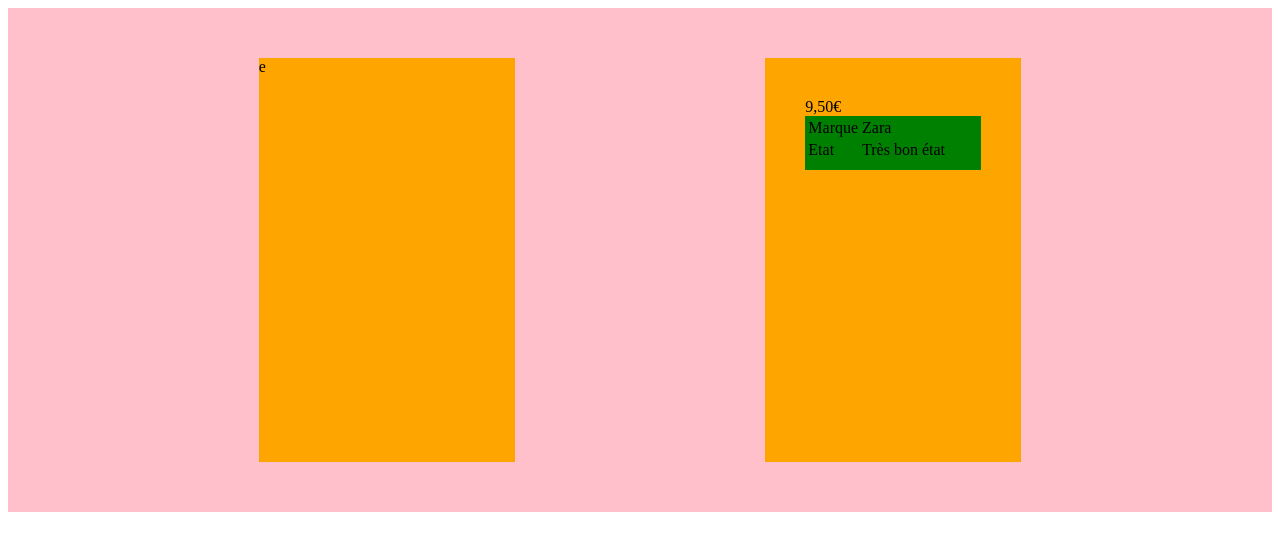
Repository: mel-in-a/vinted-front-clone
Page: html/offer.html
An editor plug-in stored every save of this project. The page is shown before and after a run of saves, followed by the edit.
The browser window is 1280 px wide. The pictures show the whole page.

Above is the page before, as saved 2021-07-29 16:28:18.

### html/offer.html
<!DOCTYPE html>
<html lang="en">
<head>
    <meta charset="UTF-8">
    <meta http-equiv="X-UA-Compatible" content="IE=edge">
    <meta name="viewport" content="width=device-width, initial-scale=1.0">
    <link rel="stylesheet" href="/offer.css">
    <title>Document</title>
</head>
<body>
    <div class="container-fluid">
        <div class="container-fluid">
            <div class="left">e</div>
            <div class="right">
                <div class="price">9,50€</div>
                <div class="horizontal">
                   <table>
                       <tr>
                           <td>Marque</td>
                           <td>Zara</td>
                       </tr>
                       <tr>
                        <td>Etat</td>
                        <td>Très bon état</td>
                    </tr>
                    <tr>
                        <td></td>
                        <td></td>
                    </tr>
                    <tr>
                        <td></td>
                        <td></td>
                    </tr>
                   </table>
                </div>
            </div>
          </div>
    </div>
</body>
</html>

### html/offer.css
.container-fluid {
    width: 100%;
    display: flex;
    background-color:pink;
    height: 70vh;
    justify-content: space-evenly;
    align-items: center;

  }

  .left, .right {
    width: 20vw;
    background-color: orange;
    height: 80%;
  }

  .right {
      padding: 40px;
      box-sizing: border-box;
  }

  .horizontal {
      display: flex;
      background-color:green


  }

After the next 2 saves:
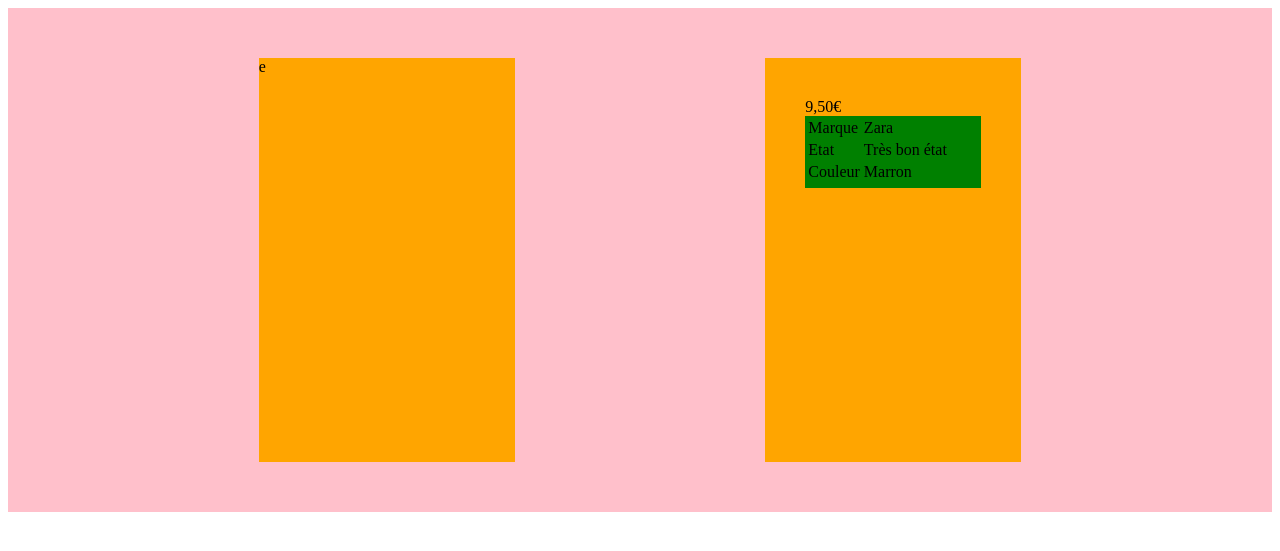
The 2 saves are shown as one change because they came seconds apart.
The last was saved 9 s later.
--- a/html/offer.html
+++ b/html/offer.html
@@ -24,8 +24,8 @@
                         <td>Très bon état</td>
                     </tr>
                     <tr>
-                        <td></td>
-                        <td></td>
+                        <td>Couleur</td>
+                        <td>Marron</td>
                     </tr>
                     <tr>
                         <td></td>
